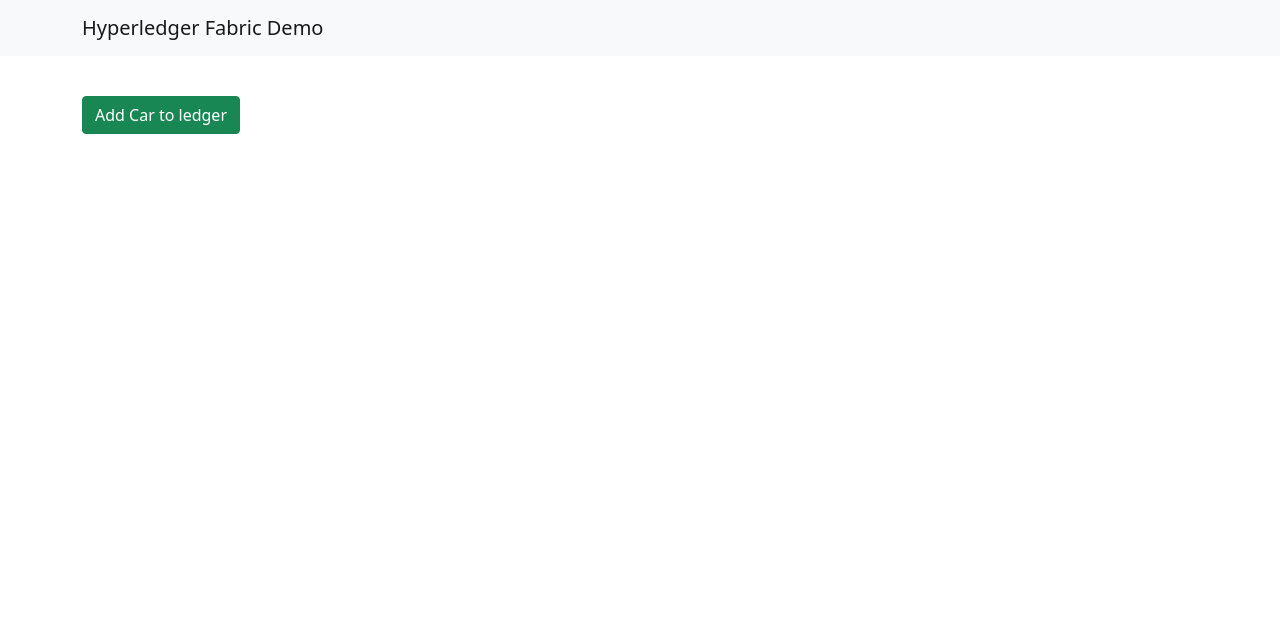
Repository: akshaykurhekar/hyperledger-asset-monetization-dapp
Page: / (app in fabcarWeb/new-ui/)
The author's editor kept a copy of each file at every save. The page is drawn from the files as they stood at one save, then again after a run of saves.
The browser window is 1280 px wide. The pictures show the whole page.
The page's requests for data from a server got no answer. The project was rebuilt for these pictures with package versions that can differ from the ones it lists, and the page was loaded fresh each time. No one was signed in, and anything a server would have sent is missing. Also part of the build but not shown: fabcarWeb/new-ui/src/components/card.js, fabcarWeb/new-ui/src/pages/carDetalis.js.

Above is the page before, as saved 2022-04-05 15:12:04.

### fabcarWeb/new-ui/src/index.js
import React from "react";
import ReactDOM from "react-dom/client";
import { BrowserRouter} from "react-router-dom";

import "./index.css";
import App from "./App";
import reportWebVitals from "./reportWebVitals";
import "bootstrap/dist/css/bootstrap.min.css";

ReactDOM.createRoot(document.getElementById("root")).render(
  <React.StrictMode>
    <BrowserRouter>
    <App />
  </BrowserRouter>
  </React.StrictMode>
);

// If you want to start measuring performance in your app, pass a function
// to log results (for example: reportWebVitals(console.log))
// or send to an analytics endpoint. Learn more: https://bit.ly/CRA-vitals
reportWebVitals();

### fabcarWeb/new-ui/src/App.js
import React, { useState, useEffect } from "react";
import { Routes, Route, Link } from "react-router-dom";
import Navbar from "./components/navbar";
import Card from "./components/card";
import Model from "./components/model";
import { Container, Row, Col, Button } from "react-bootstrap";

import Home from "./pages/home";
import CarDetails from "./pages/carDetalis";
import './App.css';

function App() {

  return (
    <>
     <Routes>
        <Route path="/carDetails/:carId" exact element={ <CarDetails/> } />
        <Route path="/" exact element={ <Home/> } />
      </Routes>
    </>
  );
}

export default App;

### fabcarWeb/new-ui/src/components/navbar.js
import React from 'react';
import { Navbar,Container,Nav, NavDropdown } from 'react-bootstrap'
import { Routes, Route, Link } from "react-router-dom";

const NavbarComp = ()=>{

    return (
      <Navbar bg="light" expand="lg">
      <Container>
        <Navbar.Brand href="/">Hyperledger Fabric Demo</Navbar.Brand>
        <Navbar.Toggle aria-controls="basic-navbar-nav" />
        <Navbar.Collapse id="basic-navbar-nav">
          <Nav className="me-auto">
            {/* <Nav.Link href="#home">Home</Nav.Link>
            <Nav.Link href="#link">Link</Nav.Link>
            <NavDropdown title="Dropdown" id="basic-nav-dropdown">
              <NavDropdown.Item href="#action/3.1">Action</NavDropdown.Item>
              <NavDropdown.Item href="#action/3.2">Another action</NavDropdown.Item>
              <NavDropdown.Item href="#action/3.3">Something</NavDropdown.Item>
              <NavDropdown.Divider />
              <NavDropdown.Item href="#action/3.4">Separated link</NavDropdown.Item>
            </NavDropdown> */}
          </Nav>
        </Navbar.Collapse>
      </Container>
    </Navbar>
    );
};

export default NavbarComp;

### fabcarWeb/new-ui/src/components/model.js
import React,{ useState} from 'react';
import { Button, InputGroup, Modal} from 'react-bootstrap'
import axios from 'axios';

const Model = (props)=>{

    const [show, setShow] = useState(false);

  const handleClose = () => setShow(false);
  const handleShow = () => setShow(true);

  const [color, setColor] = useState(null);
  const [make, setMake] = useState(null);
  const [owner, setOwner] = useState(null);
  const [model, setModel] = useState(null);
  const [carId, setCarId] = useState(null);

  const baseURL = "http://localhost:8080/api/addcar/";



  const saveCar = async () => {

    const aa = {
        'carid':carId,
        'color':color,
        'make':make,
        'owner':owner,
        'model':model,
    }

    await axios.post(baseURL, aa).then((response) => {
        console.log(response.data) ;
      });

      props.fetchCarData();
      setShow(false);
  }

    return (
       <>
      <Button variant="success" onClick={handleShow}>
        Add Car to ledger
      </Button>

      <Modal show={show} onHide={handleClose}>
        <Modal.Header closeButton>
          <Modal.Title>Add Car</Modal.Title>
        </Modal.Header>
        <Modal.Body>
           <input type="text" placeholder='CARId ' onChange={ (e)=> setCarId(e.target.value)}></input>
           <input type="text" placeholder='Car Model' onChange={ (e)=> setModel(e.target.value)}></input>
           <input type="text" placeholder='Car Manufacturer' onChange={ (e)=> setMake(e.target.value)}></input>
           <input type="text" placeholder='Car Color' onChange={ (e)=> setColor(e.target.value)}></input>
           <input type="text" placeholder='Car Owner' onChange={ (e)=> setOwner(e.target.value)}></input>
            </Modal.Body>
        <Modal.Footer>
          <Button variant="secondary" onClick={handleClose}>
            Close
          </Button>
          <Button variant="primary" onClick={ saveCar }>
            Save
          </Button>
        </Modal.Footer>
      </Modal>
    </>
    );
};

export default Model;

### fabcarWeb/new-ui/src/pages/home.js
import React, { useState, useEffect } from "react";
import Navbar from "./../components/navbar";
import Card from "./../components/card";
import Model from "./../components/model";
import { Container, Row, Col, Image } from "react-bootstrap";
import axios from "axios";
import svgImage from "./../scattered-forcefields.svg";

function Home() {
  const [carList, setCarList] = useState([]);

  const baseURL = "http://localhost:8080/api/queryallcars";

  const carData = async () => {
    const carList = await axios.get(`${baseURL}`).then((response) => {
      return response.data.response;
    });
    var temp = JSON.parse(carList.toString());

    const aa = temp.map((item, idx) => {
      //console.log(item.Record.color);
      return (
        <Col sm={4} key={idx}>
          <Card id={item.Key} owner={item.Record.owner} model={item.Record.model} />
        </Col>
      );
    });

    setCarList(aa);
  };

  useEffect(() => {
    carData();
  }, []);

const imageBac = {
    backgroundImage:svgImage,
    // height:'100vh',
    //     marginTop:'-70px',
    //     fontSize:'50px',
        backgroundSize: 'cover',
        backgroundRepeat: 'no-repeat',
}

  return (
    <div style={imageBac}>
      <Navbar />
      <Container>
          {/* <Image src={svgImage} alt="svg Image"/> */}

        <Row style={{ paddingTop: "40px" }}>
          <Col sm={3}>
            <Model fetchCarData={carData}/>
          </Col>
          <Col sm={9}>
            <Row>{carList}</Row>
          </Col>
        </Row>
      </Container>
    </div>
  );
}

export default Home;

### fabcarWeb/new-ui/src/App.css
.App {
  text-align: center;
}

.body {
    background-color: #ffffff;
    background-image: url("data:[embedded picture, 1597 characters]");
    background-attachment: fixed;
    background-size: cover;
  }


.App-logo {
  height: 40vmin;
  pointer-events: none;
}

@media (prefers-reduced-motion: no-preference) {
  .App-logo {
    animation: App-logo-spin infinite 20s linear;
  }
}

.App-header {
  background-color: #282c34;
  min-height: 100vh;
  display: flex;
  flex-direction: column;
  align-items: center;
  justify-content: center;
  font-size: calc(10px + 2vmin);
  color: white;
}

.App-link {
  color: #61dafb;
}

@keyframes App-logo-spin {
  from {
    transform: rotate(0deg);
  }
  to {
    transform: rotate(360deg);
  }
}

Loaded but not shown: fabcarWeb/new-ui/public/index.html (common file); fabcarWeb/new-ui/src/reportWebVitals.js (common file); fabcarWeb/new-ui/src/index.css (no stored copy; drawn as an empty file)

After the next 3 saves:
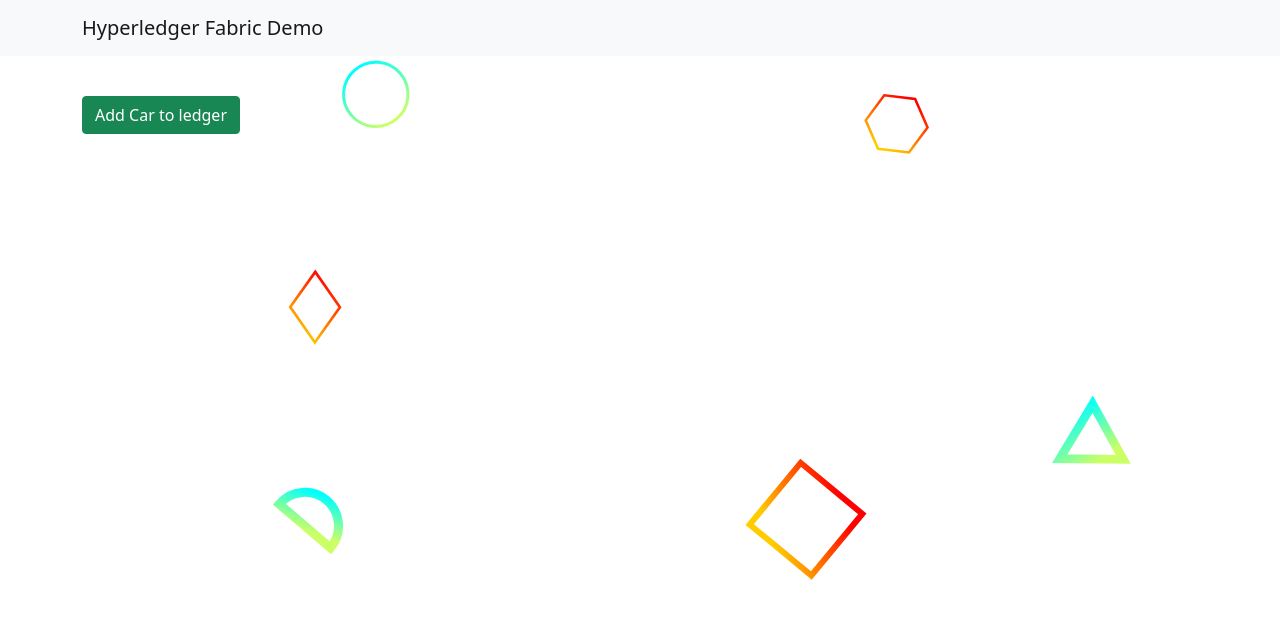
The 3 saves are shown as one change because they came seconds apart.
The last was saved 12 s later.
--- a/fabcarWeb/new-ui/src/App.css
+++ b/fabcarWeb/new-ui/src/App.css
@@ -1,8 +1,4 @@
-.App {
-  text-align: center;
-}
-
-.body {
+body {
     background-color: #ffffff;
     background-image: url("data:[embedded picture, 1597 characters]");
     background-attachment: fixed;
